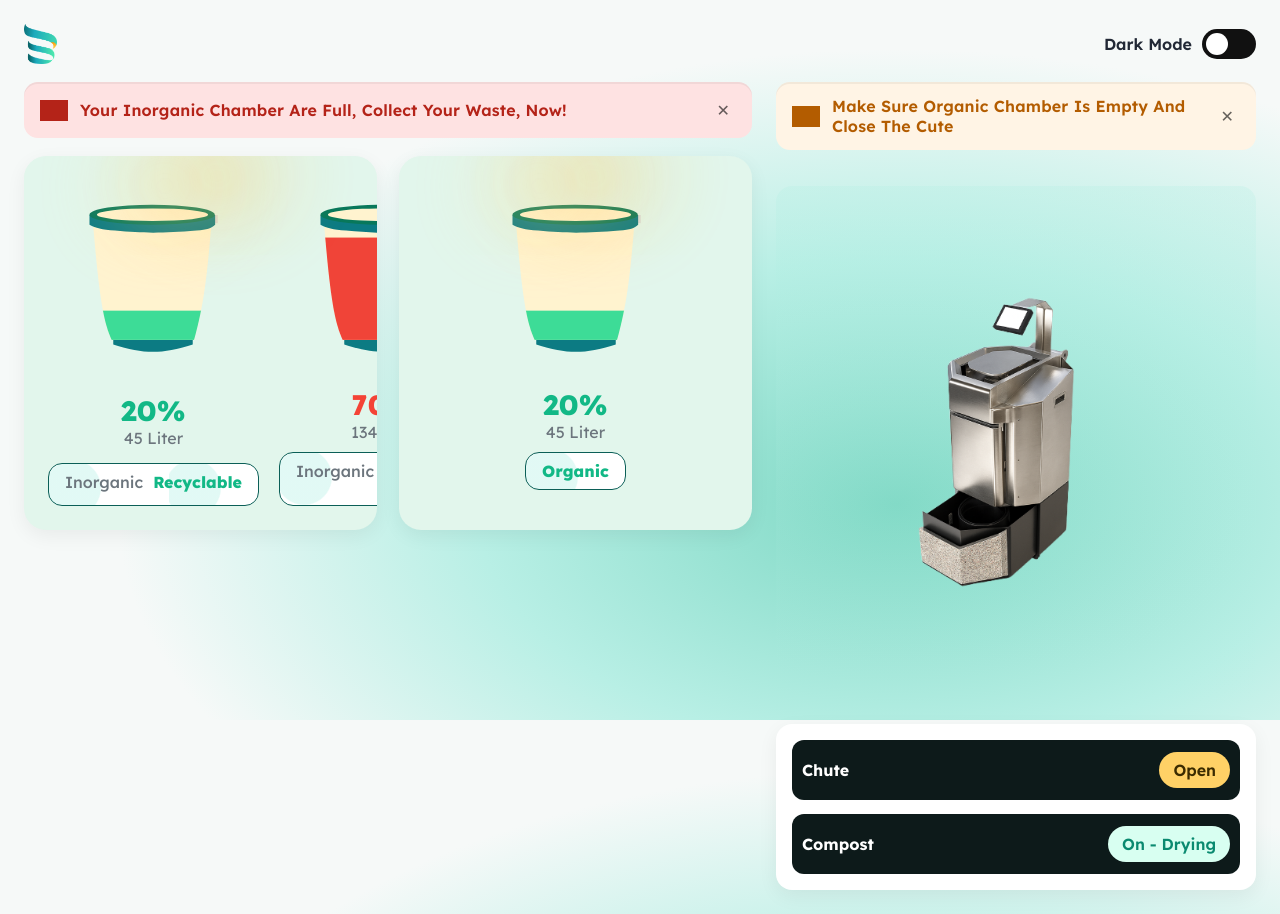
Repository: william-saputra/nusabin
Page: pages/homepage.html
The author's editor kept a copy of each file at every save. The page is drawn from the files as they stood at one save, then again after the next save.
The browser window is 1280 px wide. The pictures show the whole page.
Pictures or frames that could not be fetched are drawn as grey boxes. Backgrounds fixed to the window are drawn as part of the page.

Above is the page before, as saved 2025-08-12 23:05:56.

After the next save:
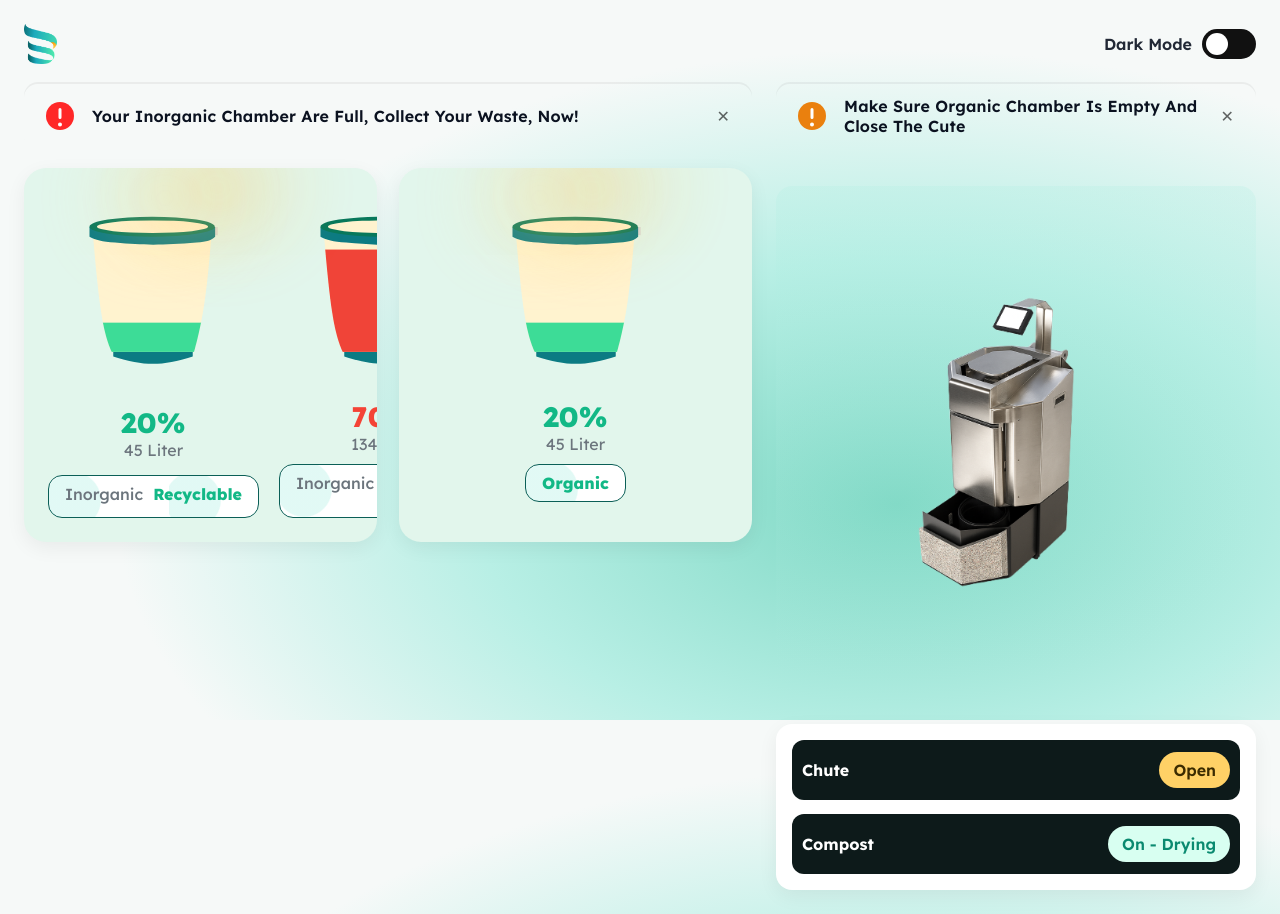
Saved 9 min 17 s later.
--- a/pages/homepage.html
+++ b/pages/homepage.html
@@ -27,8 +27,18 @@
       <main class="layout">
         <div class="left-col">
           <section class="alerts no-nav">
-            <div class="alert alert-danger no-nav">
-              <span class="icon-svg no-nav" aria-hidden="true"></span>
+            <div class="alert pill no-nav" data-variant="danger" data-alert-id="left-alert">
+              <svg class="alert-icon" viewBox="0 0 40 40" width="40" height="40" aria-hidden="true">
+                <defs>
+                  <clipPath id="alertClip-left-alert">
+                    <circle id="alertCircle-left-alert" cx="20" cy="20" r="14" />
+                  </clipPath>
+                </defs>
+                <g clip-path="url(#alertClip-left-alert)">
+                  <rect x="0" y="0" width="40" height="40" fill="#FF2828"></rect>
+                </g>
+                <path id="alertMark-left-alert" d="M20 12a1.5 1.5 0 0 1 1.5 1.5v8a1.5 1.5 0 0 1-3 0v-8A1.5 1.5 0 0 1 20 12Zm0 14.5a2 2 0 1 1 0 4 2 2 0 0 1 0-4Z" fill="white"/>
+              </svg>
               <div class="text no-nav">Your Inorganic Chamber Are Full, Collect Your Waste, Now!</div>
               <button class="close no-nav" data-dismiss>
                 <span class="no-nav">&#10005;</span>
@@ -115,8 +125,18 @@
 
         <aside class="right-panel">
           <section class="alerts no-nav">
-            <div class="alert alert-warning no-nav">
-              <span class="icon-svg no-nav" aria-hidden="true"></span>
+            <div class="alert pill no-nav" data-variant="warning" data-alert-id="right-alert">
+              <svg class="alert-icon" viewBox="0 0 40 40" width="40" height="40" aria-hidden="true">
+                <defs>
+                  <clipPath id="alertClip-right-alert">
+                    <circle id="alertCircle-right-alert" cx="20" cy="20" r="14" />
+                  </clipPath>
+                </defs>
+                <g clip-path="url(#alertClip-right-alert)">
+                  <rect x="0" y="0" width="40" height="40" fill="#EA800E"></rect>
+                </g>
+                <path id="alertMark-right-alert" d="M20 12a1.5 1.5 0 0 1 1.5 1.5v8a1.5 1.5 0 0 1-3 0v-8A1.5 1.5 0 0 1 20 12Zm0 14.5a2 2 0 1 1 0 4 2 2 0 0 1 0-4Z" fill="white"/>
+              </svg>
               <div class="text no-nav">Make Sure Organic Chamber Is Empty And Close The Cute</div>
               <button class="close no-nav" data-dismiss>
                 <span class="no-nav">&#10005;</span>
